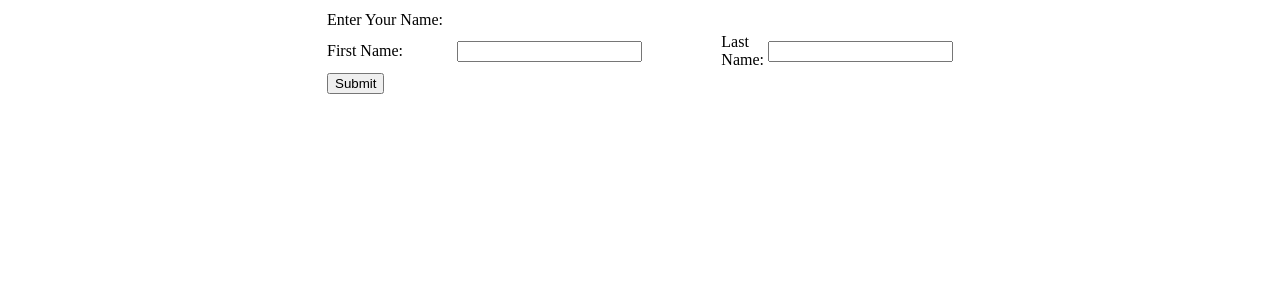
Repository: mayankk2202/Phase-2
Page: DemoServlet/src/main/webapp/Form.html
These files come from the project's save history. The page is drawn as it stood at one moment and after the next save; the edit follows.
The browser window is 1280 px wide. The pictures show the whole page.

Above is the page before, as saved 2021-06-27 12:53:04.

### DemoServlet/src/main/webapp/Form.html
<!DOCTYPE html>
<html>
<head>
<meta charset="ISO-8859-1">
<title>Form</title>
</head>
<body>
<center>
<form name=frmName method="POST" action="process">
<table width="50%" border="0" >
<tr vallign="top">
<td width="40%">Enter Your Name: </td>
</tr>
<tr>
<td width="20%">First Name: </td>
<td><input firstname="fname" id="fname" maxlength=100></td>
<td width="20%">Last Name: </td>
<td><input lastname="lname" id="lname" maxlength=100></td>
<tr valign="top">
<td colspan = 2 width = "100%">
<button>Submit</button></td>
</tr>
</table>
</form>
</center>
</body>
</html>

After the next save:
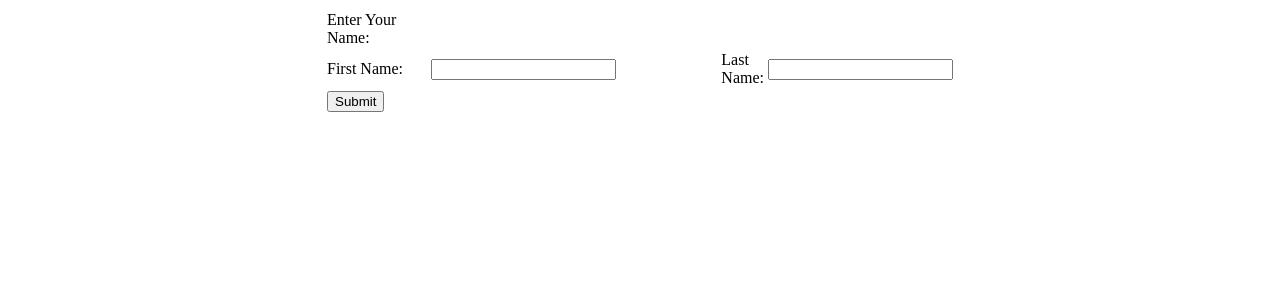
Saved 12 s later.
--- a/DemoServlet/src/main/webapp/Form.html
+++ b/DemoServlet/src/main/webapp/Form.html
@@ -9,7 +9,7 @@
 <form name=frmName method="POST" action="process">
 <table width="50%" border="0" >
 <tr vallign="top">
-<td width="40%">Enter Your Name: </td>
+<td width="30%">Enter Your Name: </td>
 </tr>
 <tr>
 <td width="20%">First Name: </td>
